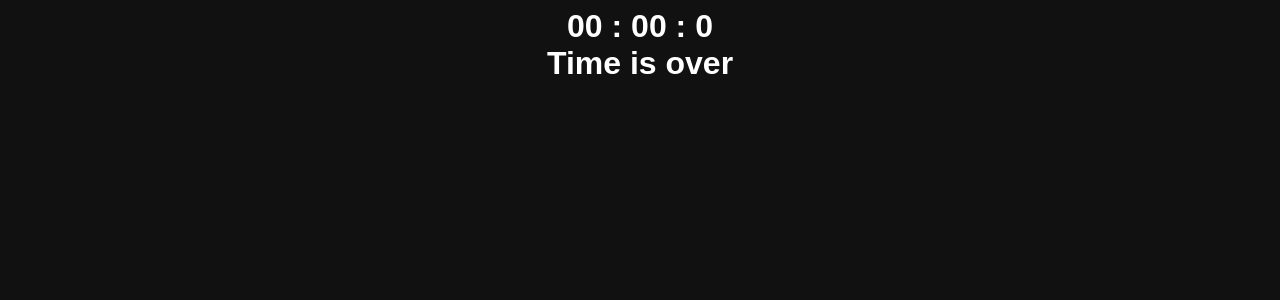
Repository: 43320888/upwork
Page: popup/index.html
These files come from the project's save history. The page is drawn as it stood at one moment and after the next save; the edit follows.
The browser window is 1280 px wide. The pictures show the whole page.

Above is the page before, as saved 2019-01-24 11:26:24.

### popup/index.html
<meta http-equiv="Content-Type" content="text/html;charset=UTF-8">
<style>
	form{
		border-spacing: 10px;
	}
</style>
<body style="background:#111; color:#fff; font-family: Arial, Helvetica, sans-serif; text-align: center">
	<h1><div></div><script src="timer.js"></script></h1>
	<form action="http://www.starbuzzcoffee.com/processorder.php" method="post">
		<fieldset>
			<legend>Order details</legend>
			<div class="tableRow">
				<label for="beans">
				  Choose your beans:
				</label>
		    <select id="beans" name="beans">
		      <option value="House Blend">House Blend</option>
		      <option value="Bolivia">Shade Grown Bolivia Supremo</option>
		      <option value="Guatemala">Organic Guatemala</option>
		      <option value="Kenya">Kenya</option>
		    </select>
			</div>
			<div class="tableRow">
				<label>Type:</label>
				<p>
				   <input type="radio" id="whole_beantype" name="beantype" value="whole">
						<label for="whole_beantype">Whole bean</label><br>
			    <input type="radio" id="ground_beantype" name="beantype" value="ground" checked>
				    <label for="ground_beantype">Ground</label>
				</p>
			</div>
			<div class="tableRow">
				<label for="bags">Number of bags:</label>
				<input type="number" id="bags" name="bags" min="1" max="10">
			</div>
			<div class="tableRow">
				<label for="date">Must arrive by date:</label>
				<input type="date" name="date">
			</div>
			<div class="tableRow">
				<label>Extras:</label>
				<p>
			    <input type="checkbox" id="giftwrap_extras" name="extras[]" value="giftwrap">
						<label for="giftwrap_extras">Gift wrap</label><br>
			    <input type="checkbox" id="catalog_extras" name="extras[]" value="catalog" checked>
				    <label for="catalog_extras">Include catalog with order</label>
				</p>
			</div>
		</fieldset>
		<fieldset>
			<legend>Ship to</legend>
			<div class="tableRow">
				<label for="name">Name:</label>
				<input type="text" id="name" name="name" value="" placeholder="Buckaroo Banzai" required>
			</div>
			<div class="tableRow">
				<label for="address">Address:</label>
				<input type="text" id="address" name="address" value="" placeholder="Banzai Institute" required>
			</div>
			<div class="tableRow">
				<label for="city">City:</label>
				<input type="text" id="city" name="city" value="" placeholder="Los Angeles" required>
			</div>
			<div class="tableRow">
				<label for="state">State:</label>
				<input type="text" id="state" name="state" value="" placeholder="CA" required>
			</div>
			<div class="tableRow">
				<label for="zip">Zip:</label>
				<input type="text" id="zip" name="zip" value="" placeholder="90050" required>
			</div>
			<div class="tableRow">
				<label for="phone">Phone:</label>
				<input type="tel" id="phone" name="phone" value="" placeholder="310-555-1212" required>
			</div>
			<div class="tableRow">
				<label for="comments">Customer Comments:</label>
		    <textarea id="comments" name="comments"></textarea>
			</div>
			<div class="tableRow">
				<label></label>
				<input type="submit" value="Order Now">
			</div>
		</fieldset>
	    </form>
</body>

### popup/timer.js
(() => {
	const x = ['00', '00', 11];
	const j = document.querySelector('h1 div');

	const backTimer = () => {
		if (x[2]) {
			x[2]--;
			if (x[2] < 10) j.innerHTML = `${x[0]} : ${x[1]} : 0${x[2]}`
			else j.innerHTML = x.join(' : ');
			setTimeout(backTimer, 300);
		} else {
			// j.innerHTML = "00:00:00";
			document.body.innerHTML = `<h1>${x.join(' : ')}<br>Time is over</h1>`;
		}
	}
	backTimer();
})();

After the next save:
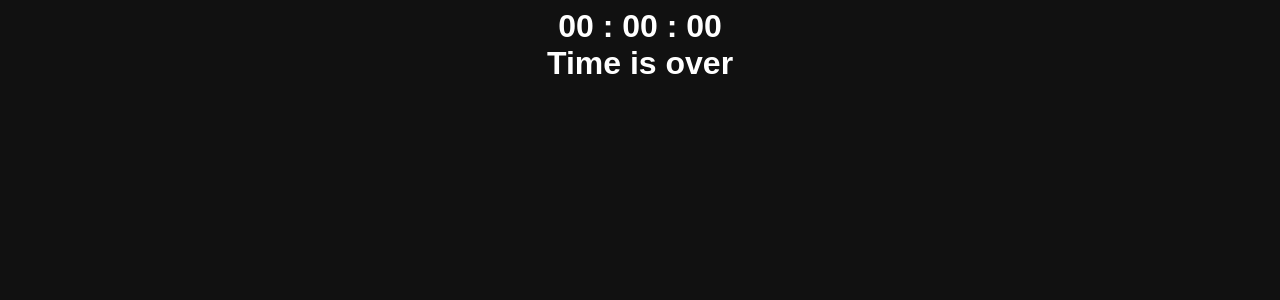
Saved 15 s later.
--- a/popup/timer.js
+++ b/popup/timer.js
@@ -10,7 +10,7 @@
 			setTimeout(backTimer, 300);
 		} else {
 			// j.innerHTML = "00:00:00";
-			document.body.innerHTML = `<h1>${x.join(' : ')}<br>Time is over</h1>`;
+			document.body.innerHTML = `<h1>${x.join(' : ')}0<br>Time is over</h1>`;
 		}
 	}
 	backTimer();
